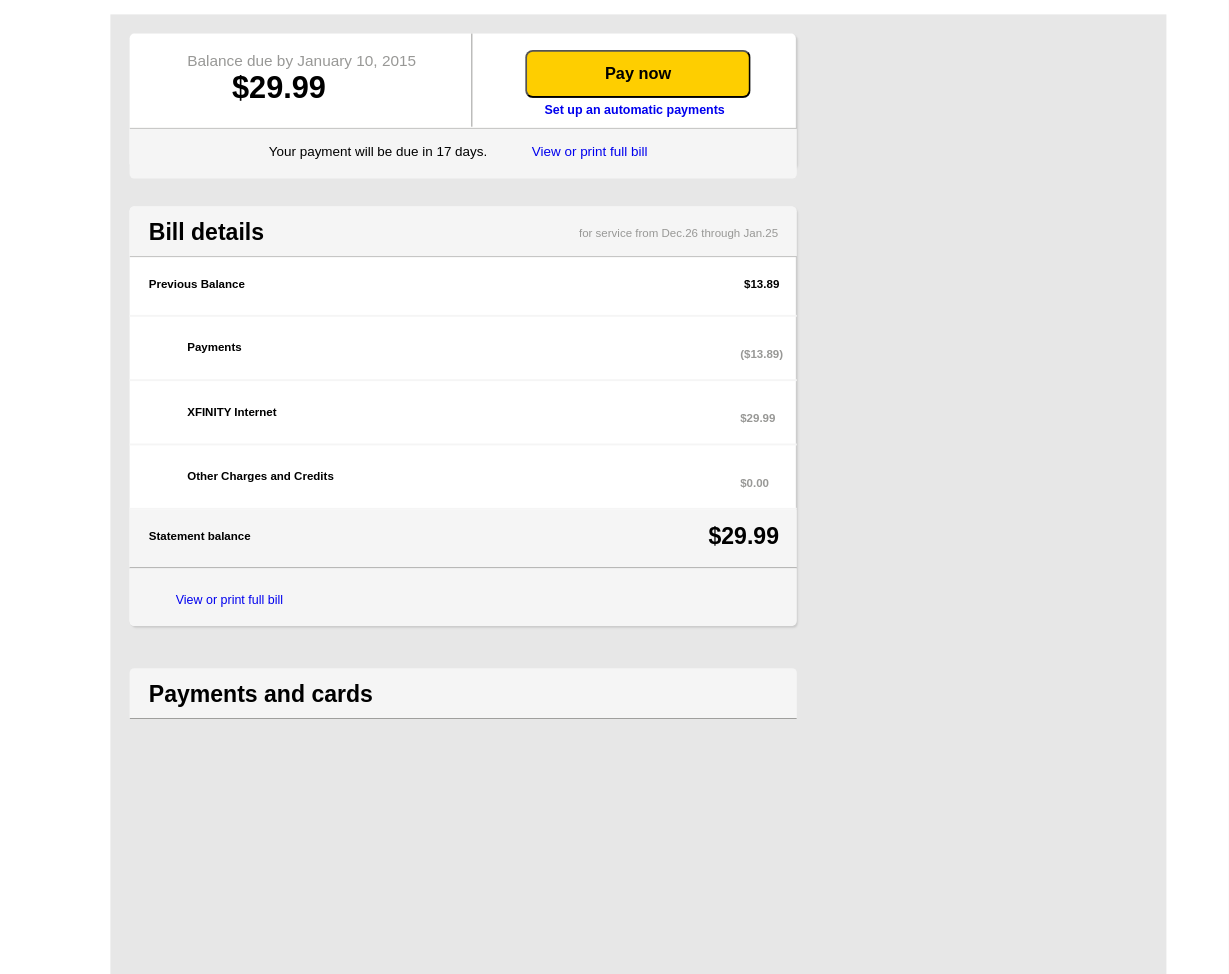
Repository: Sakivaday/UI-TSQ
Page: Aptana Studio 3 Workspace/tsq/assignment3/comcast2.html
These files come from the project's save history. The page is drawn as it stood at one moment and after the next save; the edit follows.
The browser window is 1280 px wide. The pictures show the whole page, at 96% of full size.
Pictures or frames that could not be fetched are drawn as grey boxes.

Above is the page before, as saved 2015-01-21 23:59:55.

After the next save:
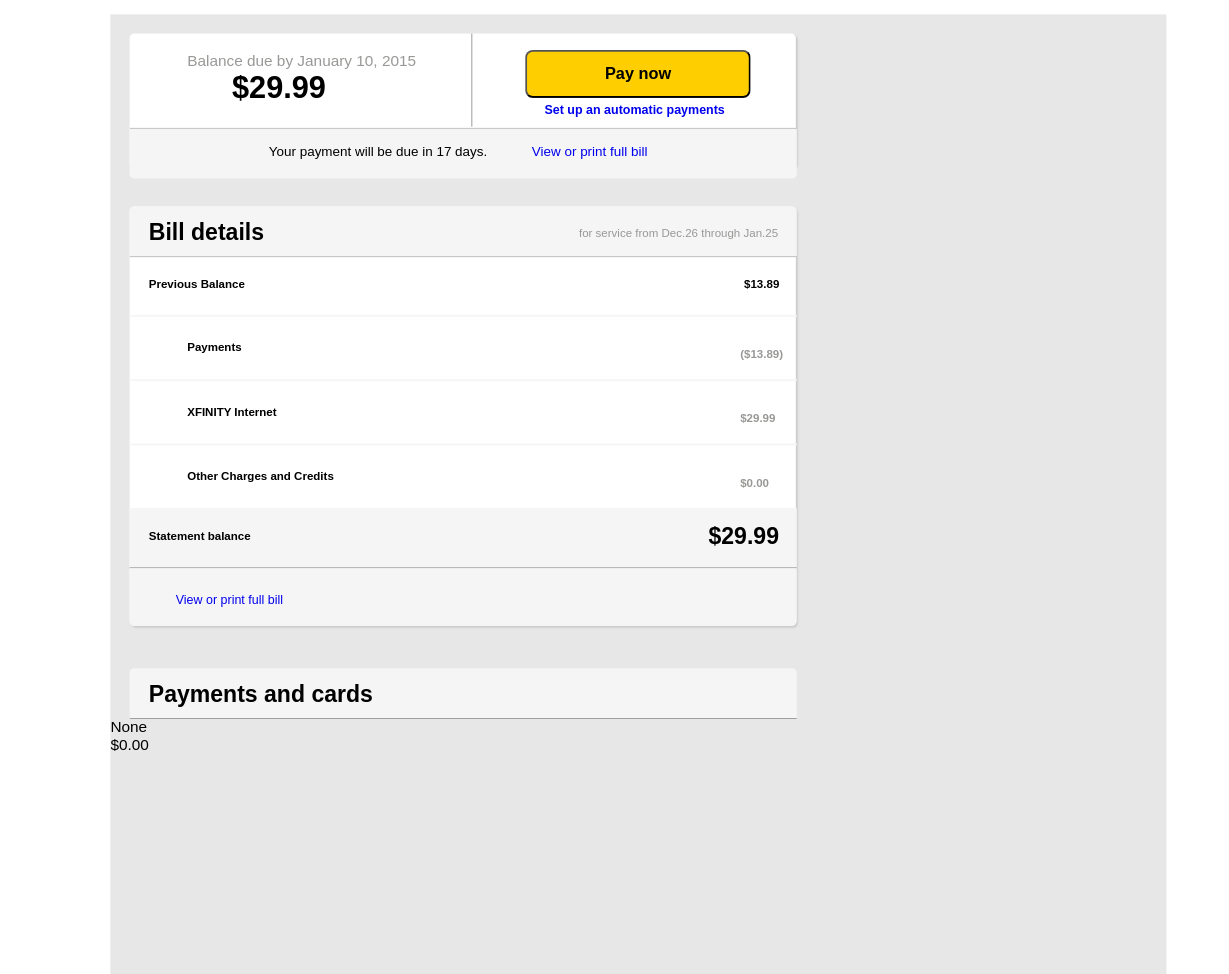
Saved 2 min 51 s later.
--- a/Aptana Studio 3 Workspace/tsq/assignment3/comcast2.html
+++ b/Aptana Studio 3 Workspace/tsq/assignment3/comcast2.html
@@ -68,7 +68,10 @@
 					<h2>Payments and cards</h2>
 					<div class="questionmark"></div>
 				</div>
-
+		<div class="none">
+				<p id="no">None</p>
+				<p id="cash">$0.00</p>
+			</div>
 
 
 
